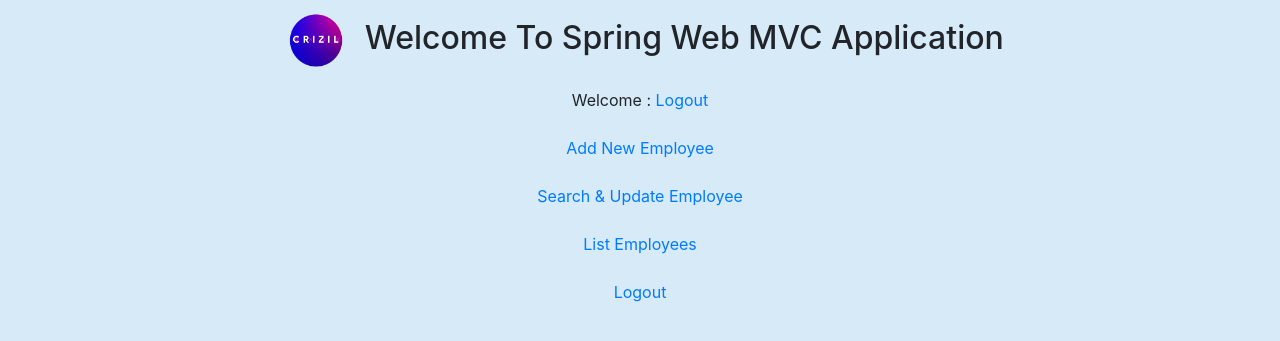
Repository: Vijeyakumar26/training
Page: http://localhost/springbootdemo/WEB-INF/views/index.jsp
An editor plug-in stored every save of this project. The page is shown before and after the next save, followed by the edit.
The browser window is 1280 px wide. The pictures show the whole page.
The page is served by Tomcat 9. Nobody is signed in. The template is opened directly, without the code that normally fills it, so the values that code supplies are empty.

Above is the page before, as saved 2021-03-01 10:04:40.

After the next save:
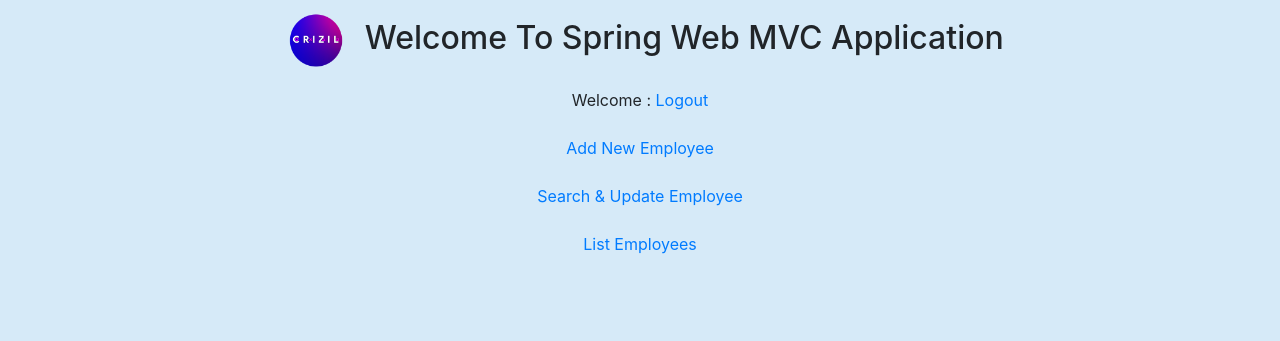
Saved 34 s later.
--- a/Adv Java Part 2/springbootdemo/src/main/webapp/WEB-INF/views/index.jsp
+++ b/Adv Java Part 2/springbootdemo/src/main/webapp/WEB-INF/views/index.jsp
@@ -29,9 +29,7 @@
 				<div class="col-md-4 left">
 					<br /> <a href="addEmployeeForm">Add New Employee</a><br /> <br />
 					<a href="searchEmpForm">Search & Update Employee</a><br /> <br />
-					<a href="listEmps">List Employees</a><br /> <br /> <span
-						style="text-align: right"> <a href="logout">Logout </a></span>
-
+					<a href="listEmps">List Employees</a><br /> <br />
 				</div>
 			</div>
 		</div>
